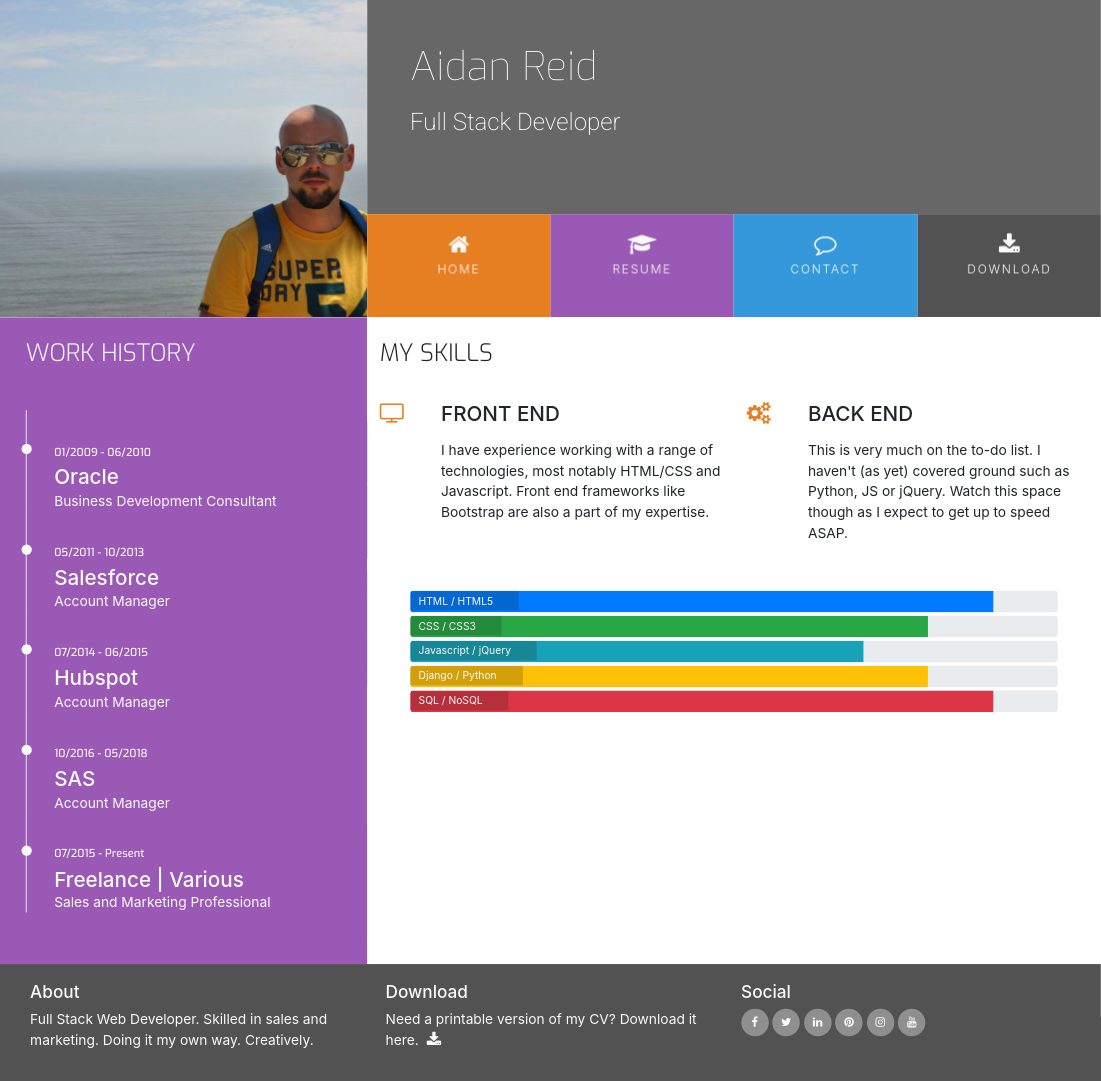
Repository: AidanJReid/Resume
Page: resume.html
The author's editor kept a record of every edit. The page is drawn from the files as they stood at one moment, then again after the next edit.
The browser window is 1280 px wide. The pictures show the whole page, at 86% of full size.

Above is the page before.

### resume.html
<!DOCTYPE html>
<html lang="en">

<head>
    <meta charset="UTF-8">
    <meta name="viewport" content="width=device-width, initial-scale=1.0">
    <meta http-equiv="X-UA-Compatible" content="ie=edge">
    <link rel="stylesheet" href="https://stackpath.bootstrapcdn.com/bootstrap/4.3.1/css/bootstrap.min.css" type="text/css" />
    <link rel="stylesheet" href="https://stackpath.bootstrapcdn.com/font-awesome/4.7.0/css/font-awesome.min.css" type="text/css" />
    <link rel="stylesheet" href="https://cdnjs.cloudflare.com/ajax/libs/hover.css/2.3.1/css/hover-min.css" type="text/css" />
    <link rel="stylesheet" href="assets/css/style.css" type="text/css" />
    <title>Aidan</title>
</head>

<body>
    <header>
        <div class="row no-gutters">
            <a href="index.html" class="col-md-4 logo">

            </a>
            <div class="col-md-8">
                <div class="row no-gutters bg-color-name-title">
                    <div class="col heading">
                        <h1 class="name">Aidan Reid</h1>
                        <h2 class="title">Full Stack Developer</h2>
                    </div>
                </div>
                <div class="row no-gutters">
                    <div class="col">
                        <ul id="nav" class="list-inline menucontainer">
                            <li class="col-6 col-sm-3 ui-menu-color-home list-inline-item menuitem">
                                <a href="index.html" class="hvr-sweep-to-bottom">
                                    <i class="fa fa-home" aria-hidden="true"></i>
                                    <span>Home</span>
                                </a>
                            </li>
                            <li class="col-6 col-sm-3 ui-menu-color-resume list-inline-item menuitem">
                                <a href="resume.html" class="hvr-sweep-to-bottom">
                                    <i class="fa fa-graduation-cap" aria-hidden="true"></i>
                                    <span>Resume</span>
                                </a>
                            </li>
                            <li class="col-6 col-sm-3 ui-menu-color-contact list-inline-item menuitem">
                                <a href="contact.html" class="hvr-sweep-to-bottom">
                                    <i class="fa fa-comment-o" aria-hidden="true"></i>
                                    <span>Contact</span>
                                </a>
                            </li>
                            <li class="col-6 col-sm-3 ui-menu-color-download list-inline-item menuitem">
                                <a href="assets/CV/19AidReidCV.docx" target="_blank" class="hvr-sweep-to-bottom">
                                    <i class="fa fa-download" aria-hidden="true"></i>
                                    <span>Download</span>
                                </a>
                            </li>
                        </ul>
                    </div>
                </div>
            </div>
        </div>
    </header>
    <section class="container-fluid">
        <div class="row">
            <div class="col-md-4 bg-color-work-history section-column">
                <div class="row">
                    <div class="col-12">
                        <h3 class="history-heading uppercase">Work History</h3>
                    </div>
                </div>
                <div class="history-items">
                    <div class="timeline-item" data-dates="01/2009 - 06/2010">
                        <h4>Oracle</h4>
                        <p>Business Development Consultant</p>
                    </div>
                    <div class="timeline-item" data-dates="05/2011 - 10/2013">
                        <h4>Salesforce</h4>
                        <p>Account Manager</p>
                    </div>
                    <div class="timeline-item" data-dates="07/2014 - 06/2015">
                        <h4>Hubspot</h4>
                        <p>Account Manager</p>
                    </div>
                    <div class="timeline-item" data-dates="10/2016 - 05/2018">
                        <h4>SAS</h4>
                        <p>Account Manager</p>
                    </div>
                    <div class="timeline-item" data-dates="07/2015 - Present">
                        <h4>Freelance | Various</h4>
                        <p>Sales and Marketing Professional</p>
                    </div>
                </div>
            </div>
            <div class="col-md-8 bg-color-three-reasons">
                <div class="row">
                    <div class="col">
                        <h3 class="section-heading uppercase">My Skills</h3>
                    </div>
                </div>
                <div class="row">
                    <div class="col-10 offset-1 offset-sm-0 col-sm-4 col-md-6">
                        <div class="row">
                            <div class="col-2">
                                <i class="three-reasons-icon fa fa-tv" aria-hidden="true"></i>
                            </div>
                            <div class="col-10">
                                <h4 class="three-reasons-heading uppercase" aria-hidden="true">Front End</h4>
                                <p>
                                    I have experience working with a range of technologies, most notably HTML/CSS and Javascript. Front end frameworks like Bootstrap are also a part of my expertise.
                                </p>
                            </div>
                        </div>
                    </div>
                    <div class="col-10 offset-1 offset-sm-0 col-sm-4 col-md-6">
                        <div class="row">
                            <div class="col-2">
                                <i class="three-reasons-icon fa fa-gears" aria-hidden="true"></i>
                            </div>
                            <div class="col-10">
                                <h4 class="three-reasons-heading uppercase" aria-hidden="true">Back End</h4>
                                <p>
                                    This is very much on the to-do list. I haven't (as yet) covered ground such as Python, JS or jQuery. Watch this space though as I expect to get up to speed ASAP.
                                </p>
                            </div>
                        </div>
                    </div>
                </div>
                <div class="row progress-section">
                    <div class="col">
                        <div class="progress">
                            <div class="progress-bar" role="progressbar" aria-valuenow="90" aria-valuemin="0" aria-valuemax="100" style="width:90%;">
                                <span class="sr-only">90% complete</span>
                            </div>
                            <span class="progress-type">HTML / HTML5</span>
                        </div>
                        <div class="progress">
                            <div class="progress-bar bg-success" role="progressbar" aria-valuenow="80" aria-valuemin="0" aria-valuemax="100" style="width:80%;">
                                <span class="sr-only">80% complete</span>
                            </div>
                            <span class="progress-type">CSS / CSS3</span>
                        </div>
                        <div class="progress">
                            <div class="progress-bar bg-info" role="progressbar" aria-valuenow="70" aria-valuemin="0" aria-valuemax="100" style="width:70%;">
                                <span class="sr-only">70% complete</span>
                            </div>
                            <span class="progress-type">Javascript / jQuery</span>
                        </div>
                        <div class="progress">
                            <div class="progress-bar bg-warning" role="progressbar" aria-valuenow="80" aria-valuemin="0" aria-valuemax="100" style="width:80%;">
                                <span class="sr-only">80% complete</span>
                            </div>
                            <span class="progress-type">Django / Python</span>
                        </div>
                        <div class="progress">
                            <div class="progress-bar bg-danger" role="progressbar" aria-valuenow="80" aria-valuemin="0" aria-valuemax="80" style="width:90%;">
                                <span class="sr-only">80% complete</span>
                            </div>
                            <span class="progress-type">SQL / NoSQL</span>
                        </div>
                    </div>
                </div>
            </div>

    </section>
    <footer class="container-fluid">
        <div id="footer-details" class="row">
            <div class="col-sm-4">
                <h5 class="uppercase-general-sub">About</h5>
                <p class="inline-block">
                    Full Stack Web Developer. Skilled in sales and marketing. Doing it my own way. Creatively.
                </p>
            </div>
            <div class="col-sm-4">
                <h5 class="uppercase-general-sub">Download</h5>
                <p class="inline-block">
                    Need a printable version of my CV? Download it here.
                    <a href="assets/CV/19AidReidCV.docx" target="_blank" class="cv-pdf">
                        <i class="fa fa-download" aria-hidden="true"></i>
                        <span class="sr-only">Download link.</span>
                    </a>
                </p>
            </div>
            <div class="col-sm-4">
                <h5 class="uppercase-general-sub">Social</h5>
                <ul class="list-inline social-links">
                    <li class="list-inline-item">
                        <a target="_blank" href="#">
                            <i class="fa fa-facebook" aria-hidden="true"></i>
                            <span class="sr-only">Facebook</span>
                        </a>
                    </li>
                    <li class="list-inline-item">
                        <a target="_blank" href="#">
                            <i class="fa fa-twitter" aria-hidden="true"></i>
                            <span class="sr-only">Twitter</span>
                        </a>
                    </li>
                    <li class="list-inline-item">
                        <a target="_blank" href="#">
                            <i class="fa fa-linkedin" aria-hidden="true"></i>
                            <span class="sr-only">Linkedin</span>
                        </a>
                    </li>
                    <li class="list-inline-item">
                        <a target="_blank" href="#">
                            <i class="fa fa-pinterest" aria-hidden="true"></i>
                            <span class="sr-only">Pinterest</span>
                        </a>
                    </li>
                    <li class="list-inline-item">
                        <a target="_blank" href="#">
                            <i class="fa fa-instagram" aria-hidden="true"></i>
                            <span class="sr-only">Instagram</span>
                        </a>
                    </li>
                    <li class="list-inline-item">
                        <a target="_blank" href="#">
                            <i class="fa fa-youtube" aria-hidden="true"></i>
                            <span class="sr-only">Youtube</span>
                        </a>
                    </li>
                </ul>
            </div>
        </div>

    </footer>

</body>

</html>

### assets/css/style.css
@import url('https://fonts.googleapis.com/css?family=Roboto:100,200,300,400,500,600,700|Exo:100,200,300,400,500,600,700');

/* -----------------------------------Colours */

.bg-color-name-title {
    background-color: #676767;
}

.bg-color-three-reasons {
    background-color: #fff;
}

.bg-color-personal-info {
    background-color: #f4f4f4;
}

.bg-color-work-history {
    background-color: #9b59b6;
}

.bg-color-contact {
    background-color: #fff;
}

.ui-menu-color-home {
    background-color: #e67e22;
}

.ui-menu-color-resume {
    background-color: #9b59b6;
}

.ui-menu-color-contact {
    background-color: #3498db;
}

.ui-menu-color-download {
    background-color: #525252;
}



/* -----------------------------------Special paddings/margins/text */

h1,
h2,
h3,
h4 {
    margin: 0;
}

.uppercase {
    text-transform: uppercase;
}

.general-sub {
    font-family: "Exo", sans-serif;
    font-weight: 300;
    color: #fafafa;
}

.inline-block {
    display: inline-block;
}

.row-table {
    display: table;
}

.section-column {
    display: table-cell;
    padding: 0 30px 30px;
    float: none;
}

.history-heading,
.section-heading {
    font-family: "Exo", sans-serif;
    font-weight: 300;
    margin-top: 25px;
    margin-bottom: 40px;
}

/* -----------------------------------Heading */

header {
    margin: 0;
}

.heading {
    margin-left: 50px;
}

.logo {
    background: url("../images/AJ.jpg");
    background-position: center;
    background-repeat: no-repeat;
    background-size: cover;
    min-height: 360px;
    transition: all .5s ease-in-out;
    -moz-transition: all .5s ease-in-out;
    -webkit-transition: all .5s ease-in-out;
}

.name {
    font-family: "Exo", sans-serif;
    font-weight: 100;
    font-size: 46px;
    margin-top: 50px;
    color: #fff;
}

.title {
    font-family: "Roboto", sans-serif;
    font-weight: 200;
    font-size: 28px;
    margin-top: 20px;
    margin-bottom: 90px;
    color: #fff;
}



.list-inline-item:not(:last-child) {
    margin: 0;
}

.menucontainer {
    font-size: 0;
}

#nav {
    margin: 0;
}

#nav li {
    font-size: 14px;
    padding: 0;
}

.menuitem {
    height: 120px;
    text-align: center;
    padding: 0;
}

.menuitem a {
    width: 100%;
    text-decoration: none;
    color: #fff;
    height: 120px;
}

.menuitem a i {
    padding-top: 22px;
    display: block;
    color: #fafafa;
    font-size: 26px;
}

.menuitem span {
    display: block;
    width: 100%;
    padding-top: 5px;
    text-align: center;
    text-transform: uppercase;
    font-size: 14px;
    font-weight: 300;
    letter-spacing: 2px;
}

/* -----------------------------------Hover.css */

.hvr-sweep-to-bottom:before {
    background: rgba(0, 0, 0, 0.2);
    height: 120px;
}

/* -----------------------------------Footer */

footer {
    background-color: #525252;
    color: #fafafa;
    min-height: 120px;
    margin: 0;
}

.cv-pdf i {
    font-size: 18px;
    color: #fafafa;
    text-align: center;
    padding-left: 5px;
    transition: all 0.35s ease-in-out;
    -moz-transition: all 0.35s ease-in-out;
    -webkit-transition: all 0.35s ease-in-out;
    -o-transition: all 0.35s ease-in-out;
}

.cv-pdf i:hover {
    color: #e84610;
}

.social-links {
    padding-bottom: 15px;
}

.social-links li a i {
    width: 32px;
    height: 32px;
    padding: 12px 0;
    border-radius: 50%;
    font-size: 13px;
    line-height: 7px;
    text-align: center;
    color: #fafafa;
    background: #8f8f8f;
    transition: all 0.35s ease-in-out;
    -moz-transition: all 0.35s ease-in-out;
    -webkit-transition: all 0.35s ease-in-out;
    -o-transition: all 0.35s ease-in-out;
}

.social-links li a i:hover {
    background: #e84610;
}

#footer-details {
    padding: 20px;
}

/* -----------------------------------3 reasons */

.three-reasons-icon {
    font-size: 26px;
    color: #e67e22;
}

.three-reasons-heading {
    margin-bottom: 15px;
}

/* -----------------------------------Personal Info */

.personal-info-item {
    margin-bottom: 20px;
    display: block;
    clear: both;
}

.personal-info-item .key,
.personal-info-item .value {
    padding-right: 8px;
    display: inline-block;
}

.personal-info-item .key p,
.personal-info-item .value p {
    margin: 0;
}

.personal-info-item .key {
    width: 30%;
    margin-right: 21px;
    padding-top: 2px;
    vertical-align: top;
}

.personal-info-item .key p {
    font-weight: 700;
}

.personal-info-item .value {
    position: relative;
    width: 60%;
}

/* -----------------------------------Skills */

.progress {
    position: relative;
    height: 25px;
    margin-bottom: 4px;
}

.progress-type {
    position: absolute;
    left: 0px;
    font-weight: 400;
    padding: 3px 30px 2px 10px;
    color: #fafafa;
    background-color: rgba(25, 25, 25, 0.2);
}

.progress-section {
    margin: 40px 20px;
}

/* -----------------------------------Work History */

.history-heading {
    color: #fafafa;
    margin-bottom: 50px;
}

.timeline-item {
    padding: 4em 2em 0em 2em;
    position: relative;
    color: #fafafa;
    border-left: 1px solid;
}

.timeline-item p {
    padding: 0;
    margin: 0;
}

.timeline-item:before {
    content: attr(data-dates);
    position: absolute;
    left: 2.5em;
    top: 3em;
    display: block;
    font-family: "Exo", sans-serif;
    font-weight: 500;
    font-size: 0.8em;
    padding: 0;
    margin: 0;
}

.timeline-item:after {
    width: 12px;
    height: 12px;
    display: block;
    top: 2.4em;
    position: absolute;
    left: -6px;
    border-radius: 12px;
    content: '';
    background: #fafafa;
}

.history-items {
    margin-bottom: 30px;
}

/* -----------------------------------Contact Form */

.contact-heading {
    font-family: "Exo", sans-serif;
    font-weight: 300;
    margin-top: 25px;
    margin-bottom: 20px;
}

.center-form {
    padding-top: 10px;
    margin: 0 auto;
    max-width: 70%;
}

button[type="submit"] {
    margin-top: 15px;
    margin-bottom: 20px;
    color: #fafafa;
    background-color: #e84610;
}

/* -----------------------------------Media Queries */

@media(min-width: 992px) {
    .center-form {
        padding-top: 30px;
        min-height: 240px;
        margin: 0 auto;
        max-width: 50%;
    }
}

After the next edit:
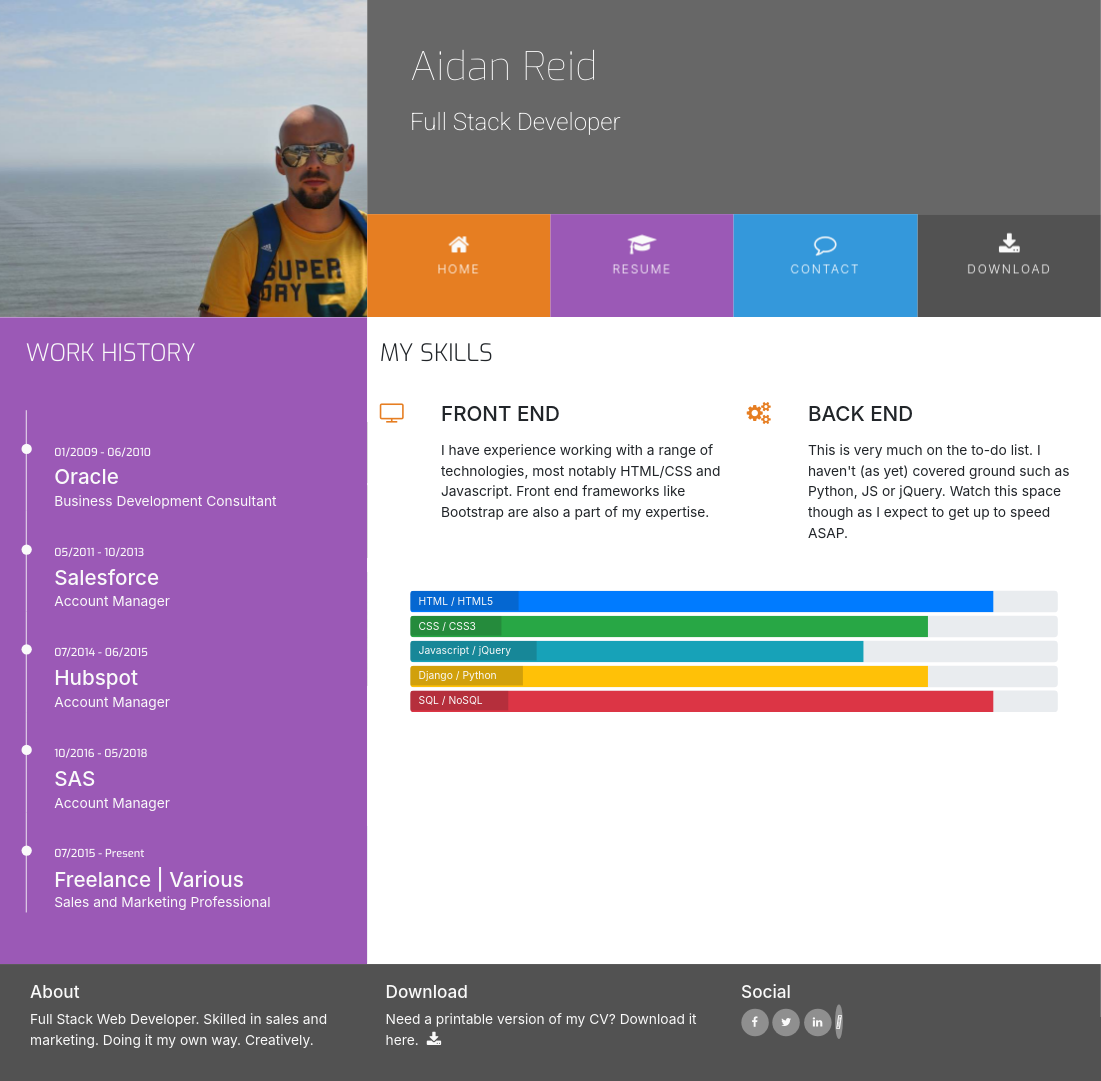
The edit:
--- a/resume.html
+++ b/resume.html
@@ -182,39 +182,27 @@
                 <h5 class="uppercase-general-sub">Social</h5>
                 <ul class="list-inline social-links">
                     <li class="list-inline-item">
-                        <a target="_blank" href="#">
+                        <a href="https://www.facebook.com/aidanjreidauthor/" target="_blank" href="#">
                             <i class="fa fa-facebook" aria-hidden="true"></i>
                             <span class="sr-only">Facebook</span>
                         </a>
                     </li>
                     <li class="list-inline-item">
-                        <a target="_blank" href="#">
+                        <a href="https://twitter.com/AidanJReid" target="_blank" href="#">
                             <i class="fa fa-twitter" aria-hidden="true"></i>
                             <span class="sr-only">Twitter</span>
                         </a>
                     </li>
                     <li class="list-inline-item">
-                        <a target="_blank" href="#">
+                        <a target="_blank" href="https://www.linkedin.com/in/aidanreid/">
                             <i class="fa fa-linkedin" aria-hidden="true"></i>
                             <span class="sr-only">Linkedin</span>
                         </a>
                     </li>
                     <li class="list-inline-item">
-                        <a target="_blank" href="#">
-                            <i class="fa fa-pinterest" aria-hidden="true"></i>
-                            <span class="sr-only">Pinterest</span>
-                        </a>
-                    </li>
-                    <li class="list-inline-item">
-                        <a target="_blank" href="#">
-                            <i class="fa fa-instagram" aria-hidden="true"></i>
-                            <span class="sr-only">Instagram</span>
-                        </a>
-                    </li>
-                    <li class="list-inline-item">
-                        <a target="_blank" href="#">
-                            <i class="fa fa-youtube" aria-hidden="true"></i>
-                            <span class="sr-only">Youtube</span>
+                        <a target="_blank" href="https://github.com/AidanJReid">
+                            <i class="fab fa-github" aria-hidden="true"></i>
+                            <span class="sr-only">Github</span>
                         </a>
                     </li>
                 </ul>
